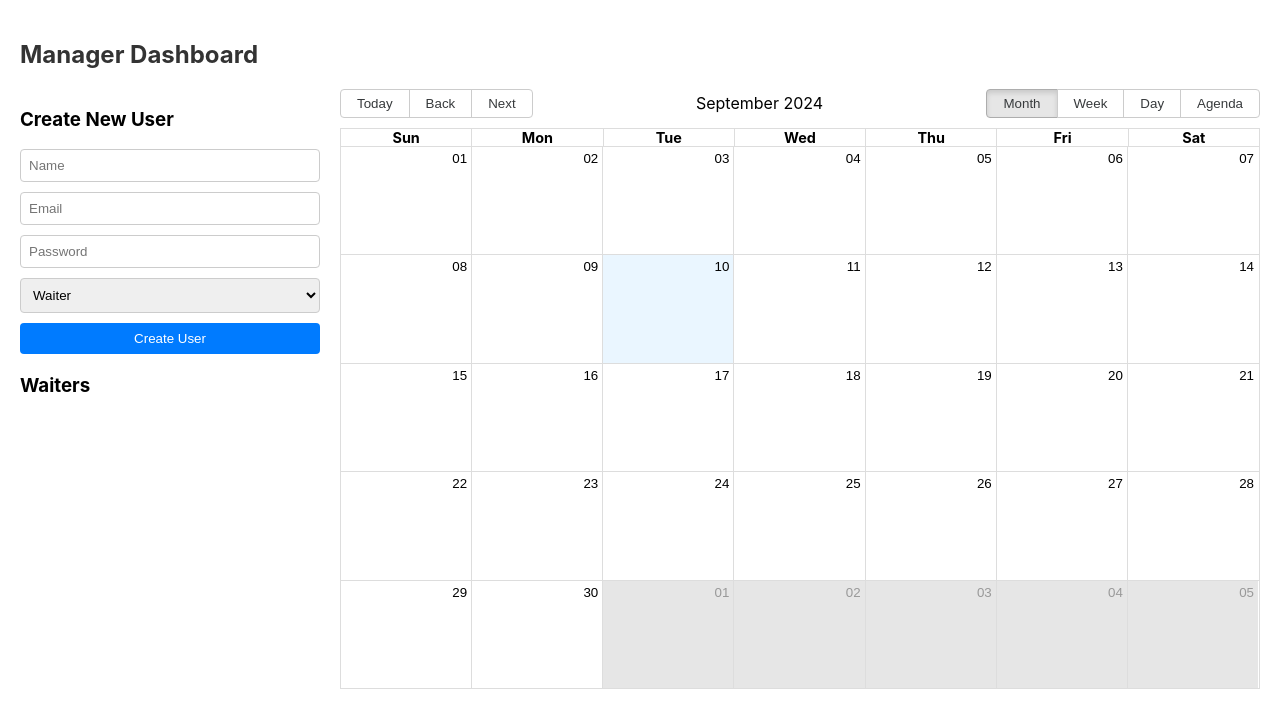
Repository: lasity34/waiter-scheduling-app
Page: /manager-dashboard (app in waiter-app-frontend/)
An editor plug-in stored every save of this project. The page is shown before and after the next save, followed by the edit.
The browser window is 1280 px wide. The pictures show the whole page.
The page's requests for data from a server got no answer. The project was rebuilt for these pictures with package versions that can differ from the ones it lists, and the page was loaded fresh each time. No one was signed in, and anything a server would have sent is missing. Also part of the build but not shown: waiter-app-frontend/src/components/Home.tsx, waiter-app-frontend/src/components/Signin.tsx, waiter-app-frontend/src/components/WaiterDashboard.tsx.

Above is the page before, as saved 2024-09-10 22:50:34.

### waiter-app-frontend/public/index.html
<!DOCTYPE html>
<html lang="en">
  <head>
    <meta charset="utf-8" />

    <meta name="viewport" content="width=device-width, initial-scale=1" />
    <meta name="theme-color" content="#000000" />
    <meta
      name="description"
      content="Web site created using create-react-app"
    />

    <!--
      manifest.json provides metadata used when your web app is installed on a
      user's mobile device or desktop. See https://developers.google.com/web/fundamentals/web-app-manifest/
    -->
    <link rel="manifest" href="%PUBLIC_URL%/manifest.json" />
    <!--
      Notice the use of %PUBLIC_URL% in the tags above.
      It will be replaced with the URL of the `public` folder during the build.
      Only files inside the `public` folder can be referenced from the HTML.

      Unlike "/favicon.ico" or "favicon.ico", "%PUBLIC_URL%/favicon.ico" will
      work correctly both with client-side routing and a non-root public URL.
      Learn how to configure a non-root public URL by running `npm run build`.
    -->
    <title>Waiter Schedule</title>
  </head>
  <body>
    <noscript>You need to enable JavaScript to run this app.</noscript>
    <div id="root"></div>
    <!--
      This HTML file is a template.
      If you open it directly in the browser, you will see an empty page.

      You can add webfonts, meta tags, or analytics to this file.
      The build step will place the bundled scripts into the <body> tag.

      To begin the development, run `npm start` or `yarn start`.
      To create a production bundle, use `npm run build` or `yarn build`.
    -->
  </body>
</html>

### waiter-app-frontend/src/index.tsx
import React from 'react';
import ReactDOM from 'react-dom/client';
import { BrowserRouter as Router } from 'react-router-dom';
import './index.css';
import App from './App';
import reportWebVitals from './reportWebVitals';

const root = ReactDOM.createRoot(
  document.getElementById('root') as HTMLElement
);
root.render(
  <React.StrictMode>
    <Router>
      <App />
    </Router>
  </React.StrictMode>
);

reportWebVitals();

### waiter-app-frontend/src/App.tsx
import React from 'react';
import { Routes, Route } from 'react-router-dom';
import Home from './components/Home';
import SignIn from './components/Signin';
import WaiterDashboard from './components/WaiterDashboard';
import ManagerDashboard from './components/ManagerDashboard';

const App: React.FC = () => {
  return (
    <div className="App">
      <Routes>
        <Route path="/" element={<Home />} />
        <Route path="/signin" element={<SignIn />} />
        <Route path="/waiter-dashboard" element={<WaiterDashboard />} />
        <Route path="/manager-dashboard" element={<ManagerDashboard />} />
      </Routes>
    </div>
  );
};

export default App;

### waiter-app-frontend/src/components/ManagerDashboard.tsx
import React, { useState, useEffect } from 'react';
import { Calendar, momentLocalizer, SlotInfo } from 'react-big-calendar';
import moment from 'moment';
import axios from 'axios';
import styled from 'styled-components';
import 'react-big-calendar/lib/css/react-big-calendar.css';

// Set default axios configuration
axios.defaults.withCredentials = true;

const localizer = momentLocalizer(moment);

const DashboardContainer = styled.div`
  display: flex;
  flex-direction: column;
  padding: 20px;
`;

const Header = styled.h2`
  color: #333;
  margin-bottom: 20px;
`;

const ContentContainer = styled.div`
  display: flex;
  gap: 20px;
`;

const SidePanel = styled.div`
  width: 300px;
`;

const CalendarContainer = styled.div`
  flex-grow: 1;
  height: 600px;
`;

const Form = styled.form`
  display: flex;
  flex-direction: column;
  gap: 10px;
  margin-bottom: 20px;
`;

const Input = styled.input`
  padding: 8px;
  border: 1px solid #ccc;
  border-radius: 4px;
`;

const Select = styled.select`
  padding: 8px;
  border: 1px solid #ccc;
  border-radius: 4px;
`;

const Button = styled.button`
  padding: 8px 16px;
  background-color: #007bff;
  color: white;
  border: none;
  border-radius: 4px;
  cursor: pointer;

  &:hover {
    background-color: #0056b3;
  }
`;

const WaiterList = styled.ul`
  list-style-type: none;
  padding: 0;
`;

const WaiterItem = styled.li`
  margin-bottom: 5px;
`;

interface Shift {
  id: number;
  title: string;
  start: Date;
  end: Date;
  userId: number;
  status: string;
  shiftType: 'morning' | 'evening' | 'double';
}

interface User {
  id: number;
  name: string;
  email: string;
  role: string;
}

const ManagerDashboard: React.FC = () => {
  const [shifts, setShifts] = useState<Shift[]>([]);
  const [users, setUsers] = useState<User[]>([]);
  const [newUser, setNewUser] = useState({ name: '', email: '', password: '', role: 'waiter' });

  useEffect(() => {
    fetchShifts();
    fetchUsers();
  }, []);

  const fetchShifts = async () => {
    try {
      const response = await axios.get('http://localhost:5000/shifts', { withCredentials: true });
      const formattedShifts = response.data.map((shift: any) => ({
        id: shift.id,
        title: `${shift.user_name} - ${shift.shift_type}`,
        start: new Date(`${shift.date}T${shift.start_time}`),
        end: new Date(`${shift.date}T${shift.end_time}`),
        userId: shift.user_id,
        status: shift.status,
        shiftType: shift.shift_type
      }));
      setShifts(formattedShifts);
    } catch (error) {
      console.error('Error fetching shifts:', error);
    }
  };

  const fetchUsers = async () => {
    try {
      const response = await axios.get('http://localhost:5000/users', { withCredentials: true });
      setUsers(response.data);
    } catch (error) {
      console.error('Error fetching users:', error);
    }
  };

  const handleCreateUser = async (e: React.FormEvent) => {
    e.preventDefault();
    try {
      await axios.post('http://localhost:5000/users', newUser, { withCredentials: true });
      alert('User created successfully');
      setNewUser({ name: '', email: '', password: '', role: 'waiter' });
      fetchUsers();  // Refresh the user list
    } catch (error) {
      console.error('Error creating user:', error);
      alert('Failed to create user');
    }
  };

  const handleShiftUpdate = async (shiftId: number, newStatus: string) => {
    try {
      await axios.put(`http://localhost:5000/shifts/${shiftId}`, { status: newStatus }, { withCredentials: true });
      fetchShifts();  // Refresh shifts after update
    } catch (error) {
      console.error('Error updating shift:', error);
    }
  };

  const handleAddShift = async (slotInfo: SlotInfo) => {
    const userId = prompt('Enter user ID for this shift:');
    if (!userId) return;

    const shiftType = prompt('Enter shift type (morning, evening, or double):');
    if (!['morning', 'evening', 'double'].includes(shiftType || '')) {
      alert('Invalid shift type');
      return;
    }

    try {
      const response = await axios.post('http://localhost:5000/shifts', {
        user_id: parseInt(userId),
        date: moment(slotInfo.start).format('YYYY-MM-DD'),
        start_time: moment(slotInfo.start).format('HH:mm'),
        end_time: moment(slotInfo.end).format('HH:mm'),
        shift_type: shiftType
      }, { withCredentials: true });

      alert('Shift added successfully');
      fetchShifts();  // Refresh shifts after adding
    } catch (error) {
      console.error('Error adding shift:', error);
      alert('Failed to add shift');
    }
  };

  const eventStyleGetter = (event: Shift) => {
    let backgroundColor = '#3174ad';
    if (event.status === 'approved') {
      backgroundColor = '#28a745';
    } else if (event.status === 'rejected') {
      backgroundColor = '#dc3545';
    }
    return { style: { backgroundColor } };
  };

  return (
    <DashboardContainer>
      <Header>Manager Dashboard</Header>
      <ContentContainer>
        <SidePanel>
          <h3>Create New User</h3>
          <Form onSubmit={handleCreateUser}>
            <Input
              type="text"
              placeholder="Name"
              value={newUser.name}
              onChange={(e) => setNewUser({ ...newUser, name: e.target.value })}
              required
            />
            <Input
              type="email"
              placeholder="Email"
              value={newUser.email}
              onChange={(e) => setNewUser({ ...newUser, email: e.target.value })}
              required
            />
            <Input
              type="password"
              placeholder="Password"
              value={newUser.password}
              onChange={(e) => setNewUser({ ...newUser, password: e.target.value })}
              required
            />
            <Select
              value={newUser.role}
              onChange={(e) => setNewUser({ ...newUser, role: e.target.value })}
            >
              <option value="waiter">Waiter</option>
              <option value="manager">Manager</option>
            </Select>
            <Button type="submit">Create User</Button>
          </Form>

          <h3>Waiters</h3>
          <WaiterList>
            {users.filter(user => user.role === 'waiter').map(waiter => (
              <WaiterItem key={waiter.id}>{waiter.name} (ID: {waiter.id})</WaiterItem>
            ))}
          </WaiterList>
        </SidePanel>
        <CalendarContainer>
          <Calendar
            localizer={localizer}
            events={shifts}
            startAccessor="start"
            endAccessor="end"
            style={{ height: '100%' }}
            eventPropGetter={eventStyleGetter}
            onSelectEvent={(event: Shift) => {
              const newStatus = prompt('Enter new status (approved/rejected/requested):');
              if (newStatus && ['approved', 'rejected', 'requested'].includes(newStatus)) {
                handleShiftUpdate(event.id, newStatus);
              }
            }}
            onSelectSlot={handleAddShift}
            selectable
          />
        </CalendarContainer>
      </ContentContainer>
    </DashboardContainer>
  );
};

export default ManagerDashboard;

Loaded but not shown: waiter-app-frontend/src/index.css (common file); waiter-app-frontend/src/reportWebVitals.ts (common file)

After the next save:
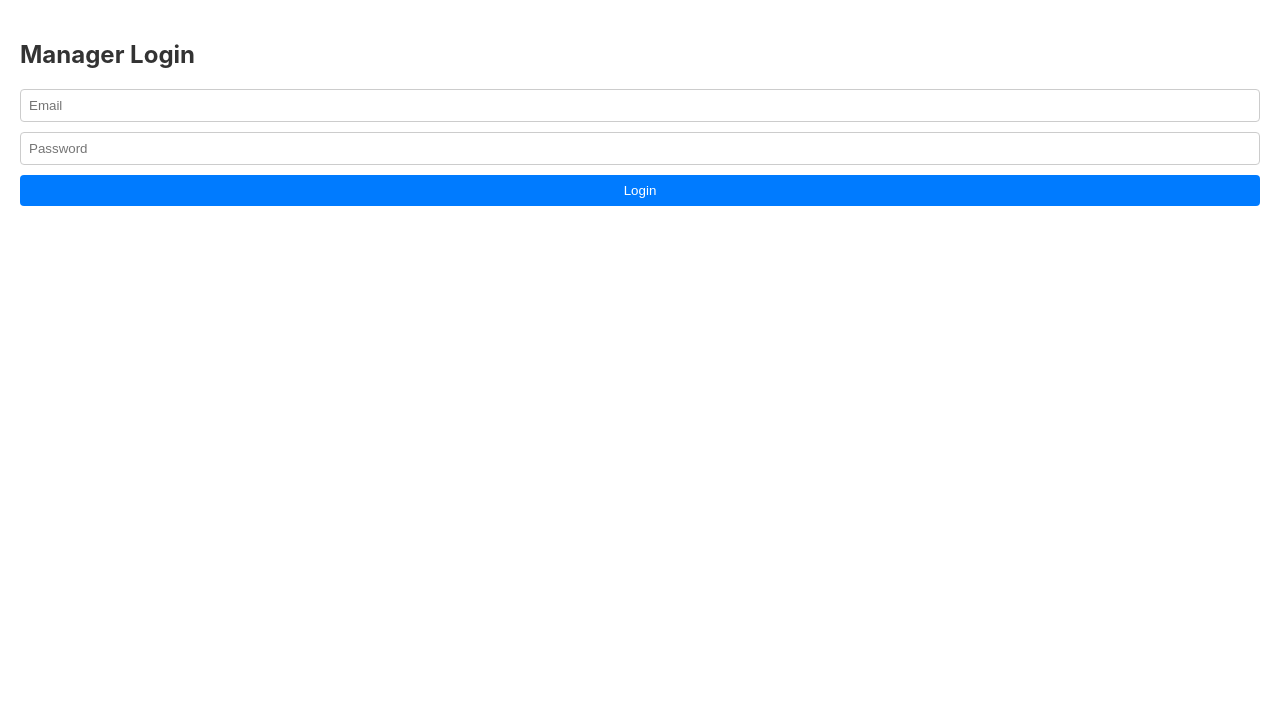
Saved 35 s later.
--- a/waiter-app-frontend/src/components/ManagerDashboard.tsx
+++ b/waiter-app-frontend/src/components/ManagerDashboard.tsx
@@ -97,15 +97,41 @@ const ManagerDashboard: React.FC = () => {
   const [shifts, setShifts] = useState<Shift[]>([]);
   const [users, setUsers] = useState<User[]>([]);
   const [newUser, setNewUser] = useState({ name: '', email: '', password: '', role: 'waiter' });
+  const [isLoggedIn, setIsLoggedIn] = useState(false);
+  const [loginData, setLoginData] = useState({ email: '', password: '' });
 
   useEffect(() => {
-    fetchShifts();
-    fetchUsers();
+    checkAuthStatus();
   }, []);
 
+  const checkAuthStatus = async () => {
+    try {
+      const response = await axios.get('http://localhost:5000/test');
+      setIsLoggedIn(true);
+      fetchShifts();
+      fetchUsers();
+    } catch (error) {
+      console.error('Not authenticated:', error);
+      setIsLoggedIn(false);
+    }
+  };
+
+  const handleLogin = async (e: React.FormEvent) => {
+    e.preventDefault();
+    try {
+      const response = await axios.post('http://localhost:5000/login', loginData);
+      setIsLoggedIn(true);
+      fetchShifts();
+      fetchUsers();
+    } catch (error) {
+      console.error('Login failed:', error);
+      alert('Login failed. Please check your credentials.');
+    }
+  };
+
   const fetchShifts = async () => {
     try {
-      const response = await axios.get('http://localhost:5000/shifts', { withCredentials: true });
+      const response = await axios.get('http://localhost:5000/shifts');
       const formattedShifts = response.data.map((shift: any) => ({
         id: shift.id,
         title: `${shift.user_name} - ${shift.shift_type}`,
@@ -123,7 +149,7 @@ const ManagerDashboard: React.FC = () => {
 
   const fetchUsers = async () => {
     try {
-      const response = await axios.get('http://localhost:5000/users', { withCredentials: true });
+      const response = await axios.get('http://localhost:5000/users');
       setUsers(response.data);
     } catch (error) {
       console.error('Error fetching users:', error);
@@ -133,10 +159,10 @@ const ManagerDashboard: React.FC = () => {
   const handleCreateUser = async (e: React.FormEvent) => {
     e.preventDefault();
     try {
-      await axios.post('http://localhost:5000/users', newUser, { withCredentials: true });
+      await axios.post('http://localhost:5000/users', newUser);
       alert('User created successfully');
       setNewUser({ name: '', email: '', password: '', role: 'waiter' });
-      fetchUsers();  // Refresh the user list
+      fetchUsers();
     } catch (error) {
       console.error('Error creating user:', error);
       alert('Failed to create user');
@@ -145,8 +171,8 @@ const ManagerDashboard: React.FC = () => {
 
   const handleShiftUpdate = async (shiftId: number, newStatus: string) => {
     try {
-      await axios.put(`http://localhost:5000/shifts/${shiftId}`, { status: newStatus }, { withCredentials: true });
-      fetchShifts();  // Refresh shifts after update
+      await axios.put(`http://localhost:5000/shifts/${shiftId}`, { status: newStatus });
+      fetchShifts();
     } catch (error) {
       console.error('Error updating shift:', error);
     }
@@ -163,16 +189,16 @@ const ManagerDashboard: React.FC = () => {
     }
 
     try {
-      const response = await axios.post('http://localhost:5000/shifts', {
+      await axios.post('http://localhost:5000/shifts', {
         user_id: parseInt(userId),
         date: moment(slotInfo.start).format('YYYY-MM-DD'),
         start_time: moment(slotInfo.start).format('HH:mm'),
         end_time: moment(slotInfo.end).format('HH:mm'),
         shift_type: shiftType
-      }, { withCredentials: true });
+      });
 
       alert('Shift added successfully');
-      fetchShifts();  // Refresh shifts after adding
+      fetchShifts();
     } catch (error) {
       console.error('Error adding shift:', error);
       alert('Failed to add shift');
@@ -188,6 +214,31 @@ const ManagerDashboard: React.FC = () => {
     }
     return { style: { backgroundColor } };
   };
+
+  if (!isLoggedIn) {
+    return (
+      <DashboardContainer>
+        <Header>Manager Login</Header>
+        <Form onSubmit={handleLogin}>
+          <Input
+            type="email"
+            placeholder="Email"
+            value={loginData.email}
+            onChange={(e) => setLoginData({ ...loginData, email: e.target.value })}
+            required
+          />
+          <Input
+            type="password"
+            placeholder="Password"
+            value={loginData.password}
+            onChange={(e) => setLoginData({ ...loginData, password: e.target.value })}
+            required
+          />
+          <Button type="submit">Login</Button>
+        </Form>
+      </DashboardContainer>
+    );
+  }
 
   return (
     <DashboardContainer>
